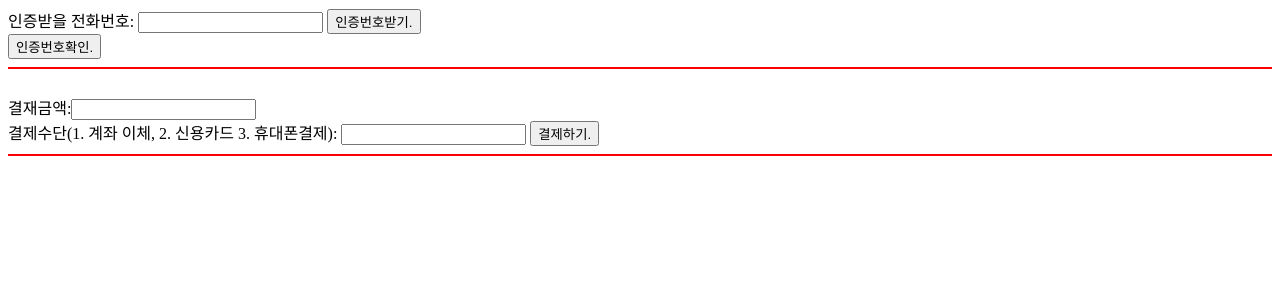
Repository: Yusubin/springEx
Page: http://localhost/spring04/ajax1.jsp
The author's editor kept a copy of each file at every save. The page is drawn from the files as they stood at one save, then again after the next save.
The browser window is 1280 px wide. The pictures show the whole page.
The page is served by Tomcat 9. Other server files are loaded and not shown.

Above is the page before, as saved 2022-02-17 08:50:56.

### spring04/src/main/webapp/ajax1.jsp
<%@ page language="java" contentType="text/html; charset=UTF-8"
	pageEncoding="UTF-8"%>

<!DOCTYPE html>
<html>
<head>
<meta charset="UTF-8">
<script src="https://ajax.googleapis.com/ajax/libs/jquery/3.6.0/jquery.min.js"></script>
<title>Insert title here</title>

<script>
$(function(){

	$('#b1').click(function(){
		$.ajax({
			url:"ajax1",
			data:{
				phone: $('#tel').val()
			},
			success: function(x){
				$('#result').html('인증번호는'+x)
			},
			error: function(){
				alert('실패!');
			},

		});
	});



	$('#b2').click(function(y){
		$.ajax({
			url:"ajax2",
			data:{
				money:$('#money').val(),
				payment: $('#choice').val()

			},
			success: function(m){
				$('#result1').html("결재할금액은:"+m)
			},
			error: function(){
				alert('실패!');
			},

		});
	});

});
</script>
</head>
<body>

인증받을 전화번호:
<input type="text" id="tel">
<button id="b1">인증번호받기.</button><br>
<button id="b1">인증번호확인.</button><br>

<hr color="red"><br>
결재금액:<input type="text" id="money"><br>
결제수단(1. 계좌 이체, 2. 신용카드 3. 휴대폰결제): <input type="text" id="choice">
<button id="b2">결제하기.</button><br>

<hr color="red">
<div id="result"></div>
<div id="result1"></div>
</body>
</html>

After the next save:
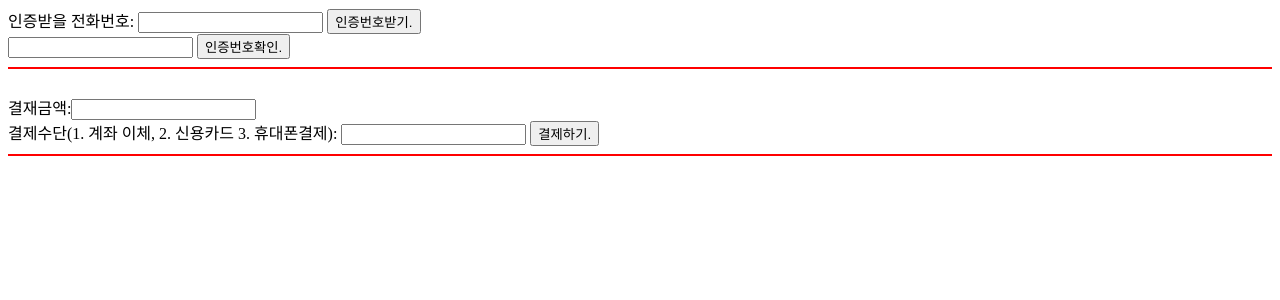
Saved 13 s later.
--- a/spring04/src/main/webapp/ajax1.jsp
+++ b/spring04/src/main/webapp/ajax1.jsp
@@ -55,7 +55,8 @@ $(function(){
 인증받을 전화번호:
 <input type="text" id="tel">
 <button id="b1">인증번호받기.</button><br>
-<button id="b1">인증번호확인.</button><br>
+<input type="text" id="tel">
+<button id="b3">인증번호확인.</button><br>
 
 <hr color="red"><br>
 결재금액:<input type="text" id="money"><br>
